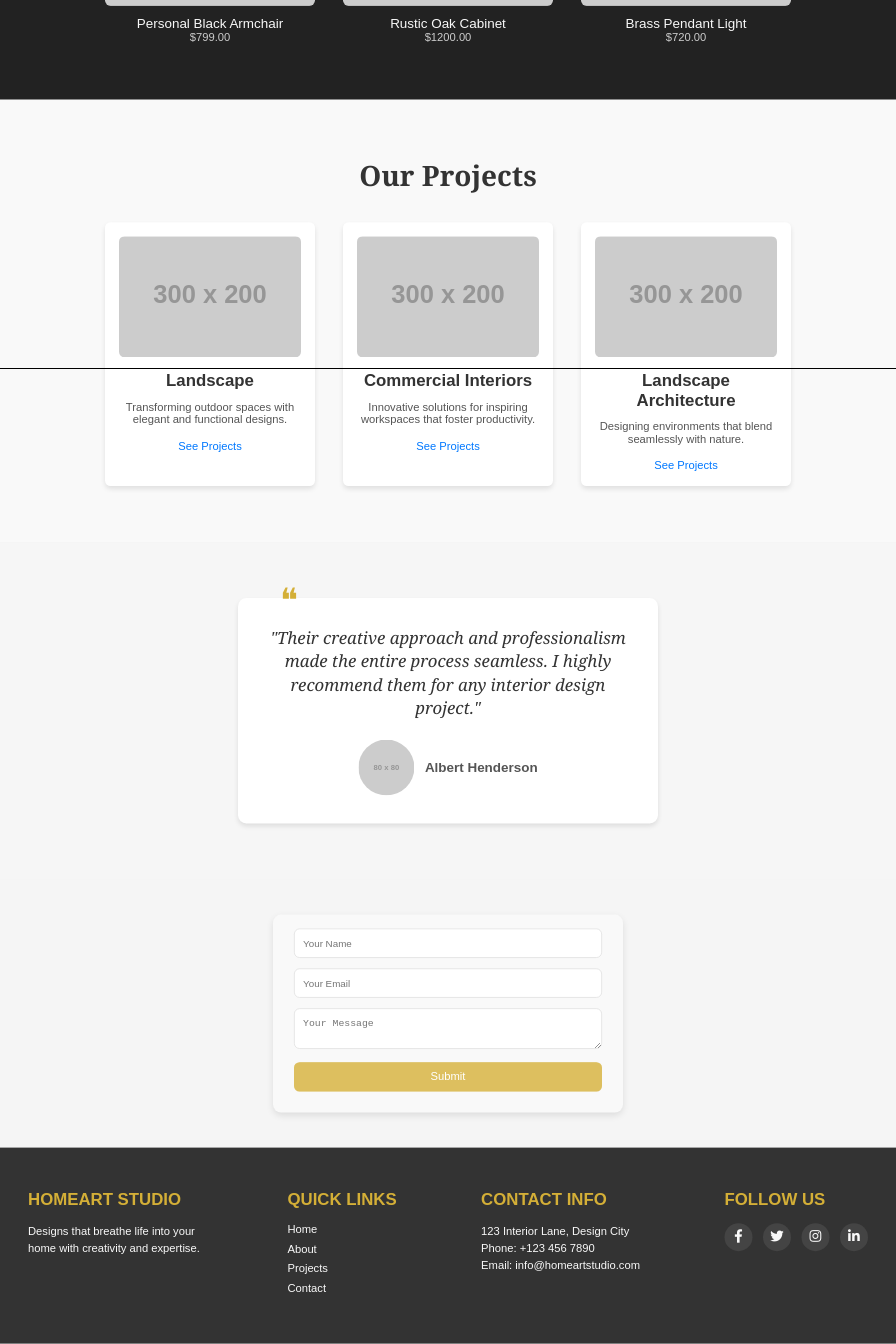
Repository: Patience225/home-decor-studio
Page: index.html
These files come from the project's save history. The page is drawn as it stood at one moment and after the next save; the edit follows.
The browser window is 1280 px wide. The pictures show the part of the page from y = 2378 to 4298 px (the page is 4298 px tall before and 4178 px after), at 70% of full size.

Above is the page before, as saved 2025-01-29 04:59:51.

### index.html
<!DOCTYPE html>
<html lang="en">
<head>
  <meta charset="UTF-8">
  <meta name="viewport" content="width=device-width, initial-scale=1.0">
  <title>HomeArt Studio</title><link href="https://cdnjs.cloudflare.com/ajax/libs/font-awesome/5.15.4/css/all.min.css" rel="stylesheet">
  <link rel="stylesheet" href="styles.css">
</head>
<body>
  <header>
    <nav class="navbar">
      <div class="logo">HomeArt Studio</div>
      <ul class="nav-links">
        <li><a href="#">Home</a></li>
        <li><a href="#">About</a></li>
        <li><a href="#">Services</a></li>
        <li><a href="#">Collections</a></li>
        <li><a href="#">Projects</a></li>
        <li><a href="#">Contact</a></li>
      </ul>
      <div class="hamburger">
        <span></span>
        <span></span>
        <span></span>
      </div>
    </nav>
  </header>
  <section class="hero">
    <div class="hero-content">
      <h1>Designs That Breathe Life into Your Home</h1>
      <img src="https://via.placeholder.com/1200x600" alt="Living room design" class="hero-image">
      <div class="hero-stats">
        <div class="stat-item">
          <h2>100%</h2>
          <p>Satisfaction Guarantee</p>
        </div>
        <div class="stat-item">
          <h2>250</h2>
          <p>Projects Completed</p>
        </div>
        <div class="stat-item">
          <h2>3469</h2>
          <p>Happy Clients</p>
        </div>
      </div>
    </div>
  </section>
  <section class="introduction">
    <div class="intro-container">
      <div class="intro-text">
        <h2>Bringing Vision and Expertise to Every Project</h2>
        <p>
          With years of experience and a commitment to excellence, we transform
          spaces into inspiring works of art. Whether you are looking to refresh a room
          or design a completely new living space, we provide personalized solutions
          tailored to your taste and lifestyle.
        </p>
      </div>
      <div class="intro-images">
        <img src="https://via.placeholder.com/400x300" alt="Interior design 1">
        <img src="https://via.placeholder.com/400x300" alt="Interior design 2">
      </div>
    </div>
  </section>
  <section class="call-to-action">
    <div class="cta-container">
      <h2>For Everything Your Home Deserves, Reach Out to Us</h2>
      <div class="cta-images">
        <div class="image-card">
          <img src="https://via.placeholder.com/300x300" alt="Armchair">
          <p class="product-name">Personal Black Armchair</p>
          <p class="product-price">$799.00</p>
        </div>
        <div class="image-card">
          <img src="https://via.placeholder.com/300x300" alt="Cabinet">
          <p class="product-name">Rustic Oak Cabinet</p>
          <p class="product-price">$1200.00</p>
        </div>
        <div class="image-card">
          <img src="https://via.placeholder.com/300x300" alt="Pendant Light">
          <p class="product-name">Brass Pendant Light</p>
          <p class="product-price">$720.00</p>
        </div>
      </div>
    </div>
  </section>
  <section class="projects">
    <h2>Our Projects</h2>
    <div class="project-cards">
      <div class="project-card">
        <img src="https://via.placeholder.com/300x200" alt="Landscape Project">
        <h3>Landscape</h3>
        <p>Transforming outdoor spaces with elegant and functional designs.</p>
        <a href="#" class="project-link">See Projects</a>
      </div>
      <div class="project-card">
        <img src="https://via.placeholder.com/300x200" alt="Commercial Interiors">
        <h3>Commercial Interiors</h3>
        <p>Innovative solutions for inspiring workspaces that foster productivity.</p>
        <a href="#" class="project-link">See Projects</a>
      </div>
      <div class="project-card">
        <img src="https://via.placeholder.com/300x200" alt="Architecture">
        <h3>Landscape Architecture</h3>
        <p>Designing environments that blend seamlessly with nature.</p>
        <a href="#" class="project-link">See Projects</a>
      </div>
    </div>
  </section>
  <section class="customer-review">
    <div class="review-container">
      <span class="quote-icon">❝</span>
      <p class="review-text">"Their creative approach and professionalism made the entire process seamless. I highly recommend them for any interior design project."</p>
      <div class="customer-info">
        <img src="https://via.placeholder.com/80x80" alt="Customer Picture" class="customer-img">
        <p class="customer-name">Albert Henderson</p>
      </div>
    </div>
  </section>
  <form id="contact-form">
    <input type="text" id="name" placeholder="Your Name" required>
    <input type="email" id="email" placeholder="Your Email" required>
    <textarea id="message" placeholder="Your Message" required></textarea>
    <button type="submit">Submit</button>
    <p id="form-feedback"></p>
  </form>
  <button id="back-to-top">↑</button>

  <footer class="footer">
    <div class="footer-container">
      <div class="footer-column">
        <h3>HomeArt Studio</h3>
        <p>Designs that breathe life into your home with creativity and expertise.</p>
      </div>
      <div class="footer-column">
        <h3>Quick Links</h3>
        <ul>
          <li><a href="#">Home</a></li>
          <li><a href="#">About</a></li>
          <li><a href="#">Projects</a></li>
          <li><a href="#">Contact</a></li>
        </ul>
      </div>
      <div class="footer-column">
        <h3>Contact Info</h3>
        <p>123 Interior Lane, Design City</p>
        <p>Phone: +123 456 7890</p>
        <p>Email: info@homeartstudio.com</p>
      </div>
      <div class="footer-column">
        <h3>Follow Us</h3>
        <div class="social-icons">
          <a href="#"><i class="fab fa-facebook-f"></i></a>
          <a href="#"><i class="fab fa-twitter"></i></a>
          <a href="#"><i class="fab fa-instagram"></i></a>
          <a href="#"><i class="fab fa-linkedin-in"></i></a>
        </div>
      </div>
    </div>
  </footer>

  <script src="script.js"></script>
</body>
</html>

### styles.css
* {
  margin: 0;
  padding: 0;
  box-sizing: border-box;
}

body {
  font-family: 'Arial', sans-serif;
  background-color: #f5f5f5;
}

header {
  width: 100%;
  background-color: white;
  padding: 15px 30px;
  box-shadow: 0 2px 5px rgba(0, 0, 0, 0.1);
  position: fixed;
  top: 0;
  z-index: 10;
}

.navbar {
  display: flex;
  justify-content: space-between;
  align-items: center;
  max-width: 1200px;
  margin: auto;
}

.logo {
  font-size: 1.5rem;
  font-weight: bold;
  color: #333;
}

.nav-links {
  display: flex;
  list-style: none;
}

.nav-links li {
  margin-left: 25px;
}

.nav-links a {
  text-decoration: none;
  color: #333;
  font-size: 1rem;
  transition: color 0.3s ease;
}

.nav-links a:hover {
  color: #0078ff;
}

.hamburger {
  display: none;
  flex-direction: column;
  cursor: pointer;
}

.hamburger span {
  height: 3px;
  width: 25px;
  background: #333;
  margin: 4px 0;
}

@media (max-width: 768px) {
  .nav-links {
    display: none;
    flex-direction: column;
    position: absolute;
    top: 60px;
    right: 0;
    background-color: white;
    width: 100%;
    text-align: right;
  }

  .nav-links.active {
    display: flex;
  }

  .hamburger {
    display: flex;
  }
}

.hero {
  width: 100%;
  background-color: #f9f9f9;
  padding: 80px 0;
  text-align: center;
}

.hero-content h1 {
  font-size: 3rem;
  font-family: 'Georgia', serif;
  color: #333;
  margin-bottom: 20px;
}

.hero-image {
  width: 100%;
  max-width: 1200px;
  height: auto;
  border-radius: 8px;
  margin: 30px 0;
}

.hero-stats {
  display: flex;
  justify-content: space-evenly;
  max-width: 1000px;
  margin: auto;
  padding: 20px 0;
}

.stat-item {
  text-align: center;
}

.stat-item h2 {
  font-size: 2.5rem;
  font-weight: bold;
  color: #0078ff;
}

.stat-item p {
  font-size: 1rem;
  color: #555;
}

@media (max-width: 768px) {
  .hero-content h1 {
    font-size: 2rem;
  }

  .hero-stats {
    flex-direction: column;
    gap: 20px;
  }
}

.introduction {
  background-color: #ffffff;
  padding: 80px 0;
  text-align: left;
}

.intro-container {
  display: flex;
  justify-content: space-between;
  align-items: center;
  max-width: 1200px;
  margin: auto;
}

.intro-text {
  width: 50%;
  padding-right: 20px;
}

.intro-text h2 {
  font-size: 2.5rem;
  font-family: 'Georgia', serif;
  color: #333;
  margin-bottom: 15px;
}

.intro-text p {
  font-size: 1rem;
  line-height: 1.6;
  color: #555;
}

.intro-images {
  display: flex;
  flex-direction: column;
  gap: 20px;
  width: 40%;
}

.intro-images img {
  width: 100%;
  border-radius: 8px;
  object-fit: cover;
}

@media (max-width: 768px) {
  .intro-container {
    flex-direction: column;
    text-align: center;
  }

  .intro-text,
  .intro-images {
    width: 100%;
  }

  .intro-text {
    padding-right: 0;
  }
}

.call-to-action {
  background-color: #222;
  padding: 80px 0;
  text-align: center;
  color: #fff;
}

.cta-container h2 {
  font-size: 2.5rem;
  font-family: 'Georgia', serif;
  color: #ffffff;
  margin-bottom: 40px;
}

.cta-images {
  display: flex;
  justify-content: center;
  gap: 40px;
}

.image-card {
  text-align: center;
  max-width: 300px;
}

.image-card img {
  width: 100%;
  border-radius: 8px;
  object-fit: cover;
}

.product-name {
  font-size: 1.2rem;
  color: #f9f9f9;
  margin-top: 10px;
}

.product-price {
  font-size: 1rem;
  color: #cccccc;
}

@media (max-width: 768px) {
  .cta-images {
    flex-direction: column;
    gap: 20px;
  }
}

.projects {
  background-color: #f9f9f9;
  padding: 80px 0;
  text-align: center;
}

.projects h2 {
  font-size: 2.5rem;
  font-family: 'Georgia', serif;
  color: #333;
  margin-bottom: 40px;
}

.project-cards {
  display: flex;
  justify-content: center;
  gap: 40px;
  max-width: 1200px;
  margin: auto;
}

.project-card {
  background-color: #ffffff;
  border-radius: 8px;
  text-align: center;
  max-width: 300px;
  padding: 20px;
  box-shadow: 0 4px 8px rgba(0, 0, 0, 0.1);
}

.project-card img {
  width: 100%;
  border-radius: 8px;
  transition: transform 0.3s ease;
}

.project-card img:hover {
  transform: scale(1.05);
}

.project-card h3 {
  font-size: 1.5rem;
  color: #333;
  margin: 15px 0;
}

.project-card p {
  font-size: 1rem;
  color: #555;
  margin-bottom: 20px;
}

.project-link {
  font-size: 1rem;
  color: #0078ff;
  text-decoration: none;
}

.project-link:hover {
  text-decoration: underline;
}

@media (max-width: 768px) {
  .project-cards {
    flex-direction: column;
    gap: 20px;
  }
}

.customer-review {
  background-color: #f6f6f6;
  padding: 80px 0;
  text-align: center;
}

.review-container {
  background-color: #ffffff;
  max-width: 600px;
  margin: auto;
  padding: 40px;
  border-radius: 12px;
  box-shadow: 0 4px 8px rgba(0, 0, 0, 0.1);
  position: relative;
}

.quote-icon {
  font-size: 3rem;
  color: #d4af37;
  position: absolute;
  top: -25px;
  left: 10%;
}

.review-text {
  font-family: 'Georgia', serif;
  font-size: 1.5rem;
  font-style: italic;
  color: #333;
  margin-bottom: 30px;
}

.customer-info {
  display: flex;
  justify-content: center;
  align-items: center;
  gap: 15px;
  margin-top: 20px;
}

.customer-img {
  width: 80px;
  height: 80px;
  border-radius: 50%;
  object-fit: cover;
}

.customer-name {
  font-size: 1.2rem;
  font-weight: bold;
  color: #555;
}

@media (max-width: 768px) {
  .review-container {
    padding: 30px;
  }

  .review-text {
    font-size: 1.2rem;
  }

  .quote-icon {
    font-size: 2.5rem;
  }
}

#back-to-top {
  position: fixed;
  bottom: 30px;
  right: 30px;
  background-color: #d4af37;
  color: white;
  border: none;
  padding: 10px 15px;
  cursor: pointer;
  display: none;
  border-radius: 50%;
}

#back-to-top:hover {
  background-color: #333;
}

/* Contact Form Styling */
#contact-form {
  width: 100%;
  max-width: 500px;
  margin: 50px auto;
  background-color: #f9f9f9;
  padding: 20px 30px;
  border-radius: 12px;
  box-shadow: 0px 4px 10px rgba(0, 0, 0, 0.1);
}

#contact-form input,
#contact-form textarea {
  width: 100%;
  padding: 12px;
  margin-bottom: 15px;
  border: 1px solid #ddd;
  border-radius: 8px;
  font-size: 14px;
  background-color: #ffffff;
  transition: border-color 0.3s ease-in-out;
}

#contact-form input:focus,
#contact-form textarea:focus {
  border-color: #d4af37;
  outline: none;
}

#contact-form button {
  width: 100%;
  padding: 12px;
  background-color: #d4af37;
  color: white;
  font-size: 16px;
  border: none;
  border-radius: 8px;
  cursor: pointer;
  transition: background-color 0.3s ease-in-out;
  position: relative;
  overflow: hidden;
}

#contact-form button:hover {
  background-color: #333;
}

#form-feedback {
  font-size: 14px;
  margin-top: 10px;
}

#form-feedback.success {
  color: green;
}

#form-feedback.error {
  color: red;
}

#contact-form button::after {
  content: '';
  position: absolute;
  top: 0;
  left: -100%;
  width: 300%;
  height: 100%;
  background: rgba(255, 255, 255, 0.2);
  transition: left 0.4s ease;
}

#contact-form button:hover::after {
  left: 100%;
}

/* Footer Styles */
.footer {
  background-color: #333;
  color: #f9f9f9;
  padding: 60px 0;
}

.footer-container {
  display: flex;
  justify-content: space-between;
  max-width: 1200px;
  margin: auto;
  flex-wrap: wrap;
  gap: 40px;
}

.footer-column {
  max-width: 250px;
}

.footer-column h3 {
  font-size: 1.5rem;
  text-transform: uppercase;
  color: #d4af37;
  margin-bottom: 20px;
}

.footer-column p {
  font-size: 1rem;
  line-height: 1.5;
}

.footer-column ul {
  list-style: none;
  padding: 0;
}

.footer-column ul li {
  margin-bottom: 10px;
}

.footer-column ul li a {
  color: #f9f9f9;
  text-decoration: none;
  transition: color 0.3s ease;
}

.footer-column ul li a:hover {
  color: #d4af37;
}

.social-icons {
  display: flex;
  gap: 15px;
}

.social-icons a {
  display: inline-block;
  color: #f9f9f9;
  background-color: #444;
  width: 40px;
  height: 40px;
  line-height: 40px;
  text-align: center;
  border-radius: 50%;
  font-size: 1.2rem;
  transition: all 0.3s ease;
}

.social-icons a:hover {
  background-color: #d4af37;
  color: #fff;
}

@media (max-width: 768px) {
  .footer-container {
    flex-direction: column;
    text-align: center;
  }

  .footer-column {
    max-width: 100%;
  }
}

### script.js
const hamburger = document.querySelector('.hamburger');
const navLinks = document.querySelector('.nav-links');

hamburger.addEventListener('click', () => {
  navLinks.classList.toggle('active');
});

// Smooth scroll for navigation links
document.querySelectorAll('a[href^="#"]').forEach(anchor => {
  anchor.addEventListener('click', function (e) {
    e.preventDefault();
    document.querySelector(this.getAttribute('href')).scrollIntoView({
      behavior: 'smooth'
    });
  });
});

// Contact form validation
document.getElementById('contact-form').addEventListener('submit', function (e) {
  e.preventDefault();

  const name = document.getElementById('name').value.trim();
  const email = document.getElementById('email').value.trim();
  const message = document.getElementById('message').value.trim();
  const feedback = document.getElementById('form-feedback');
  const emailRegex = /^[^\s@]+@[^\s@]+\.[^\s@]+$/;

  if (!name || !email || !message) {
    feedback.textContent = "Please fill in all fields.";
    feedback.style.color = "red";
  } else if (!emailRegex.test(email)) {
    feedback.textContent = "Please enter a valid email address.";
    feedback.style.color = "red";
  } else {
    feedback.textContent = "Thank you for your message! We'll get back to you soon.";
    feedback.style.color = "green";
    document.getElementById('contact-form').reset();
  }
});

// Hover effect for gallery images
const galleryImages = document.querySelectorAll('.gallery-item');

galleryImages.forEach(image => {
  image.addEventListener('mouseenter', () => {
    image.style.transform = 'scale(1.1)';
    image.style.transition = 'transform 0.3s ease';
  });

  image.addEventListener('mouseleave', () => {
    image.style.transform = 'scale(1)';
  });
});

// Back to top button functionality
const backToTopButton = document.getElementById('back-to-top');

window.addEventListener('scroll', () => {
  if (window.scrollY > 300) {
    backToTopButton.style.display = 'block';
  } else {
    backToTopButton.style.display = 'none';
  }
});

backToTopButton.addEventListener('click', () => {
  window.scrollTo({
    top: 0,
    behavior: 'smooth'
  });
});

// Add hover effects for footer social icons
const footerIcons = document.querySelectorAll('.social-icons a');

footerIcons.forEach(icon => {
  icon.addEventListener('mouseenter', () => {
    icon.style.transform = 'scale(1.2)';
    icon.style.transition = 'transform 0.3s ease';
  });

  icon.addEventListener('mouseleave', () => {
    icon.style.transform = 'scale(1)';
  });
});

After the next save:
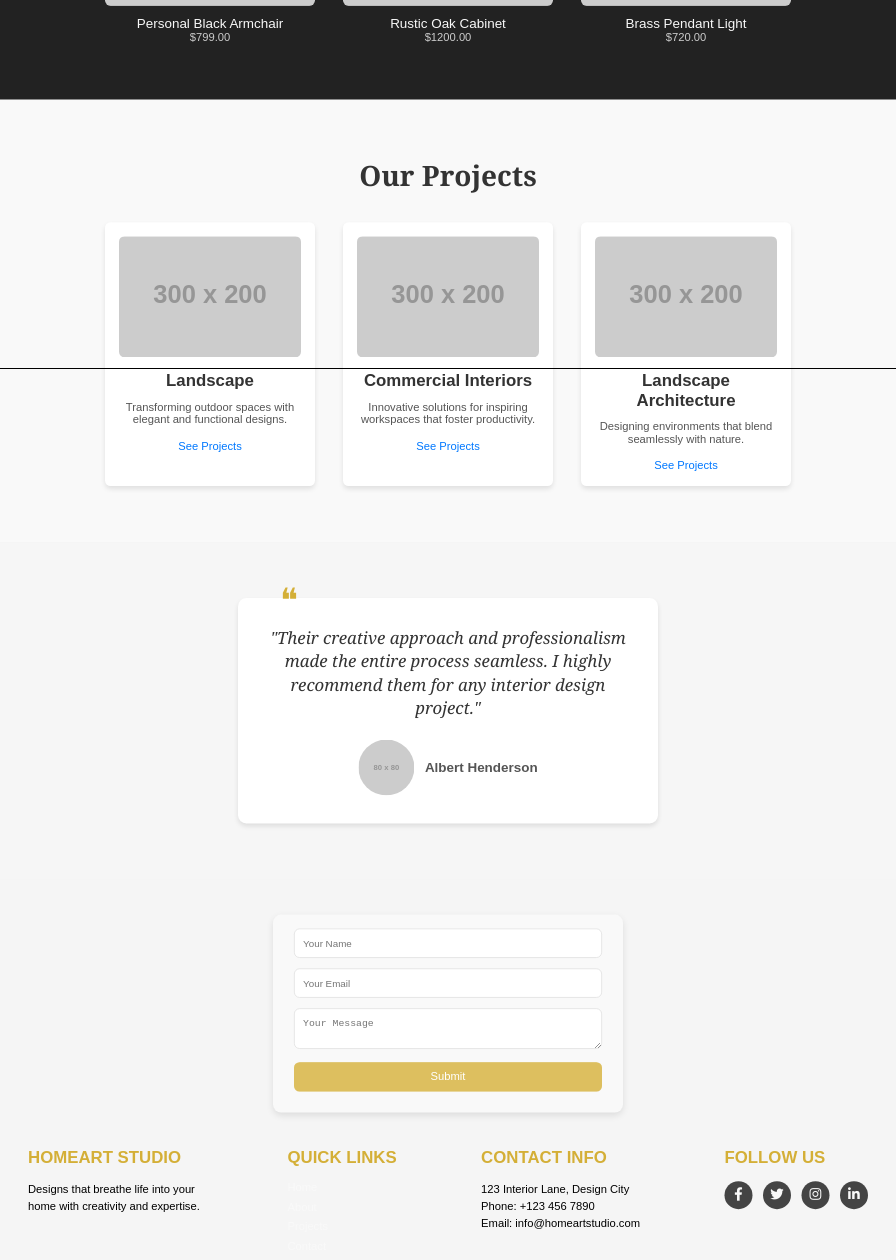
Saved 4 min 35 s later.
--- a/styles.css
+++ b/styles.css
@@ -480,6 +480,7 @@
 #contact-form button:hover::after {
   left: 100%;
 }
+\
 
 /* Footer Styles */
 .footer {

After the 3 saves that followed:
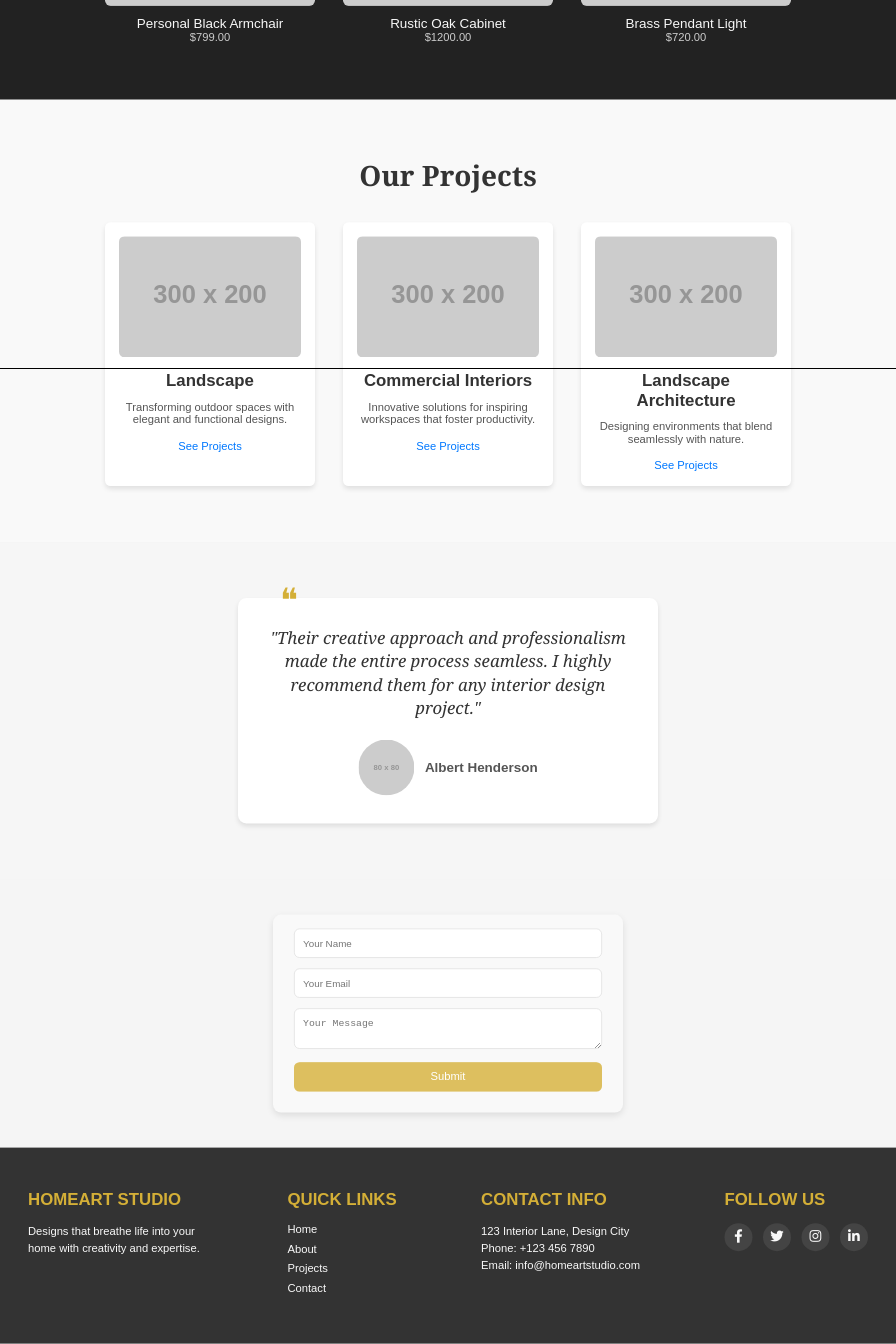
The 3 saves are shown as one change because they came seconds apart.
The last was saved 9 s later.
--- a/styles.css
+++ b/styles.css
@@ -480,7 +480,7 @@
 #contact-form button:hover::after {
   left: 100%;
 }
-\
+
 
 /* Footer Styles */
 .footer {
